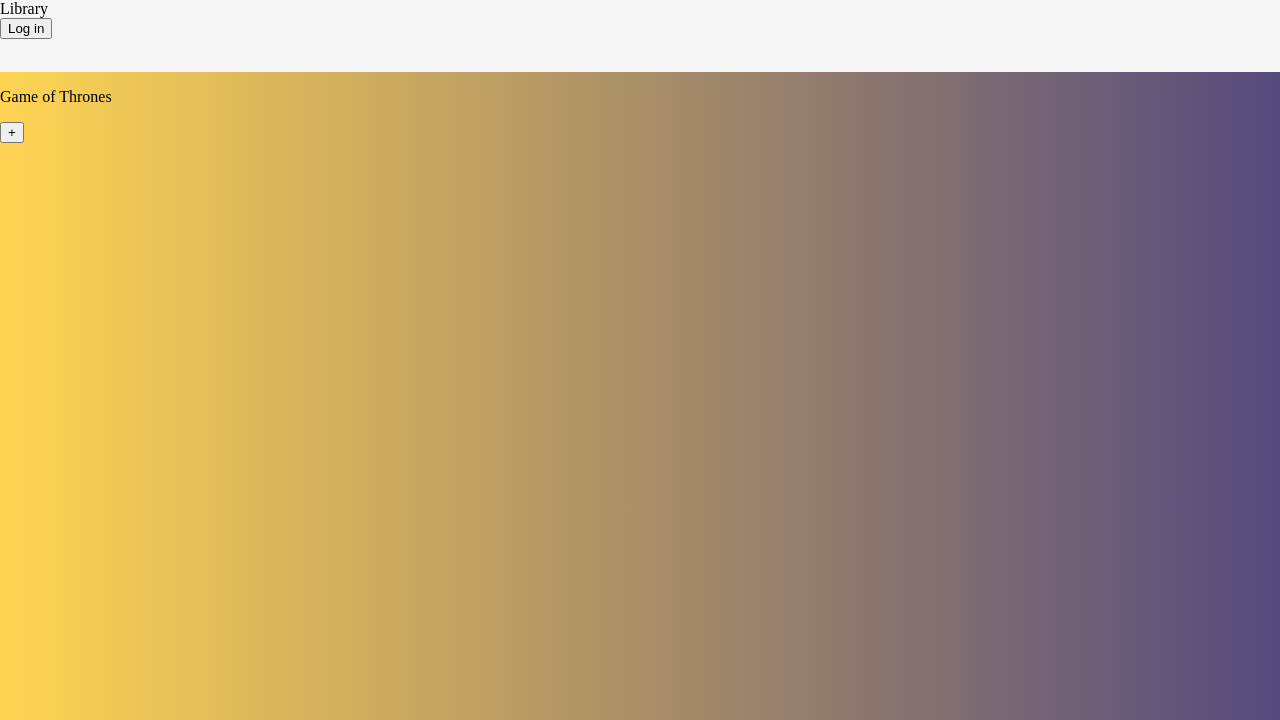
Repository: Aleksej222/Library
Page: index.html
These files come from the project's save history. The page is drawn as it stood at one moment and after the next save; the edit follows.
The browser window is 1280 px wide. The pictures show the whole page.

Above is the page before, as saved 2022-11-02 20:57:07.

### index.html
<!DOCTYPE html>
<html lang="en">
<head>
    <meta charset="UTF-8">
    <meta http-equiv="X-UA-Compatible" content="IE=edge">
    <meta name="viewport" content="width=device-width, initial-scale=1.0">
    <title>Library</title>

    <link rel="stylesheet" type="text/css" href="style.css">
</head>
<body>

    <div class="container">
        <div class="container-top">
            <div class="h3">Library</div>
            <button class="btn btn-login">Log in</button>
        </div>

        <div class="container-bottom">

            <div class="container-books">
                <div class="book">
                    <p>Game of Thrones</p>
                    <p></p>
                    <p></p>
                    <p></p>
                </div>
            </div>

            <button class="add-book">+</button>

        </div>
    </div>

    <script type="text/javascript" src="main.js"></script>
</body>
</html>

### style.css
/* root */
:root {
    --color-grey: #f0eef1;
}


/* reset */
* {
    box-sizing: border-box;
}

html,
body {
    margin: 0;
    padding: 0;
    height: 100%;
}

.container {
    background: #544a7d;  /* fallback for old browsers */
    background: -webkit-linear-gradient(to right, #ffd452, #544a7d);  /* Chrome 10-25, Safari 5.1-6 */
    background: linear-gradient(to right, #ffd452, #544a7d); /* W3C, IE 10+/ Edge, Firefox 16+, Chrome 26+, Opera 12+, Safari 7+ */
    width: 100%;
    height: 100%;
}

.container-top {
    background-color: whitesmoke;
    height: 10vh;
}

### main.js
let myLibrary = [];

function Book() {
  // the constructor...
}

function addBookToLibrary() {
  // do stuff here
}

After the next save:
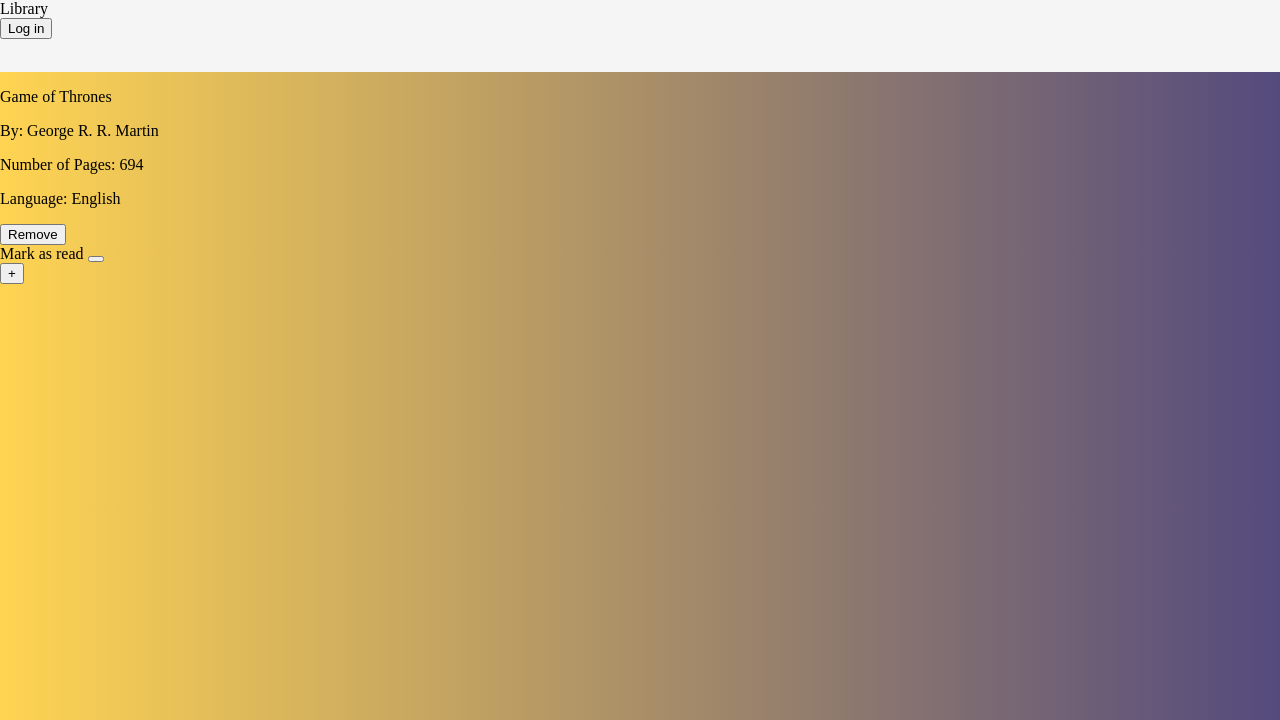
Saved 2 min 52 s later.
--- a/index.html
+++ b/index.html
@@ -21,9 +21,20 @@
             <div class="container-books">
                 <div class="book">
                     <p>Game of Thrones</p>
-                    <p></p>
-                    <p></p>
-                    <p></p>
+                    <p>By: George R. R. Martin</p>
+                    <p>Number of Pages: 694</p>
+                    <p>Language: English</p>
+
+                    <div class="container-buttons">
+                        <!-- Stavit ikonicu kante umjetso remove buttona -->
+                        <button>Remove</button>
+
+                        <div class="mark-read">
+                            <span>Mark as read</span>
+                            <!-- Napravit dizajn za mark as read -->
+                            <button></button>
+                        </div>
+                    </div>
                 </div>
             </div>
 
